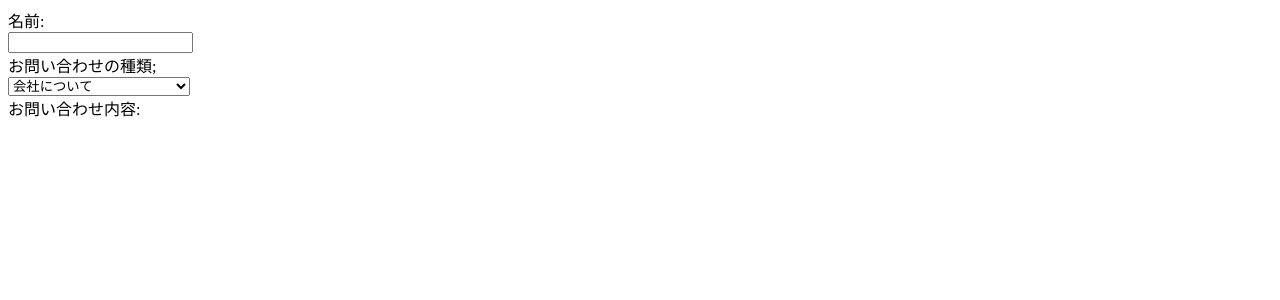
Repository: hmori696/test
Page: http://localhost/HelloServlet/inquiry.jsp
These files come from the project's save history. The page is drawn as it stood at one moment and after the next save; the edit follows.
The browser window is 1280 px wide. The pictures show the whole page.
The page is served by Tomcat 9.

Above is the page before, as saved 2019-09-04 10:01:37.

After the next save:
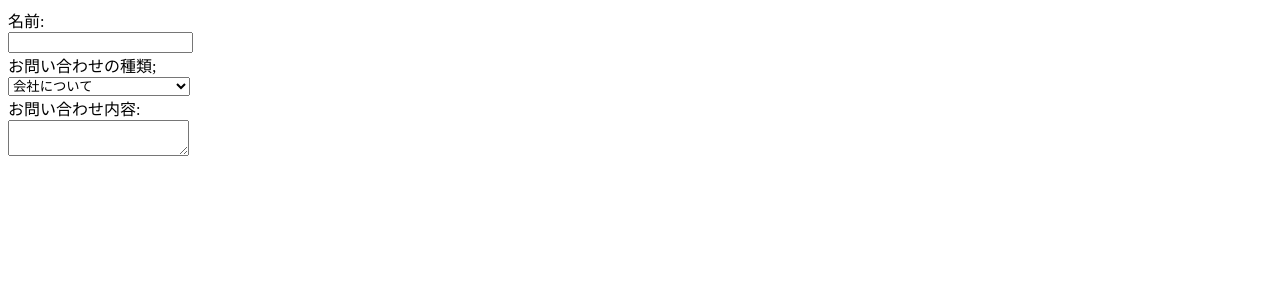
Saved 50 s later.
--- a/HelloServlet/WebContent/inquiry.jsp
+++ b/HelloServlet/WebContent/inquiry.jsp
@@ -14,7 +14,9 @@
               <option value="product">製品について</option>
               <option value="support">アフターサポートについて</option>
          </select><br>お問い合わせ内容:<br>
+         <textarea name="body">
 
+        </textarea>
 
 
 
